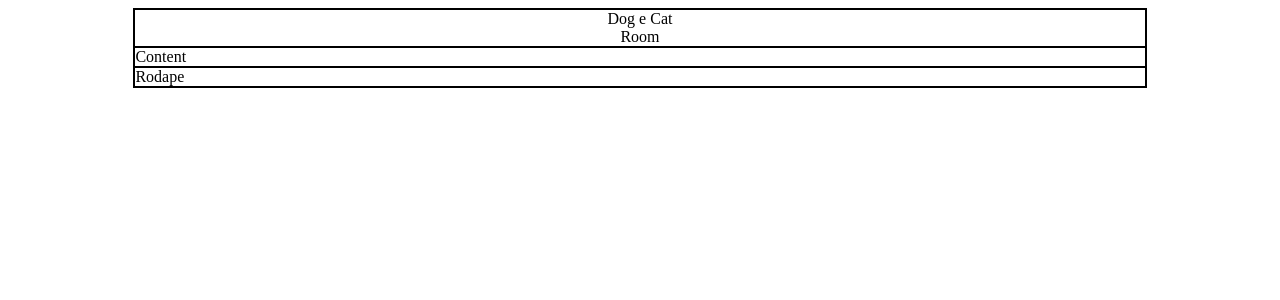
Repository: Natanzx/DogECatRoom
Page: http://localhost/DogECatRoom/login.jsp
These files come from the project's save history. The page is drawn as it stood at one moment and after the next save; the edit follows.
The browser window is 1280 px wide. The pictures show the whole page.
The page is served by Tomcat 9.

Above is the page before, as saved 2016-05-15 18:14:26.

After the next save:
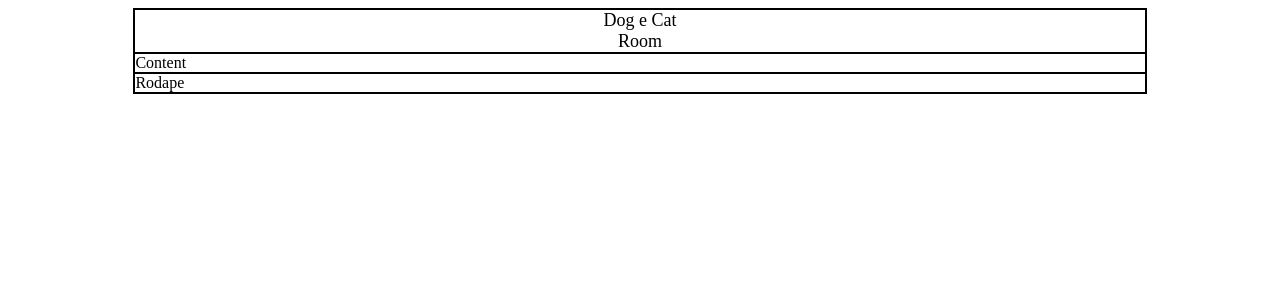
Saved 16 s later.
--- a/DogECatRoom/WebContent/login.jsp
+++ b/DogECatRoom/WebContent/login.jsp
@@ -10,7 +10,7 @@
 </head>
 <body>
 	<div class="divMargin">
-		<div style="text-align: center">
+		<div style="text-align: center; font-size: 18px; ">
 			Dog e Cat
 			<br>
 			Room
